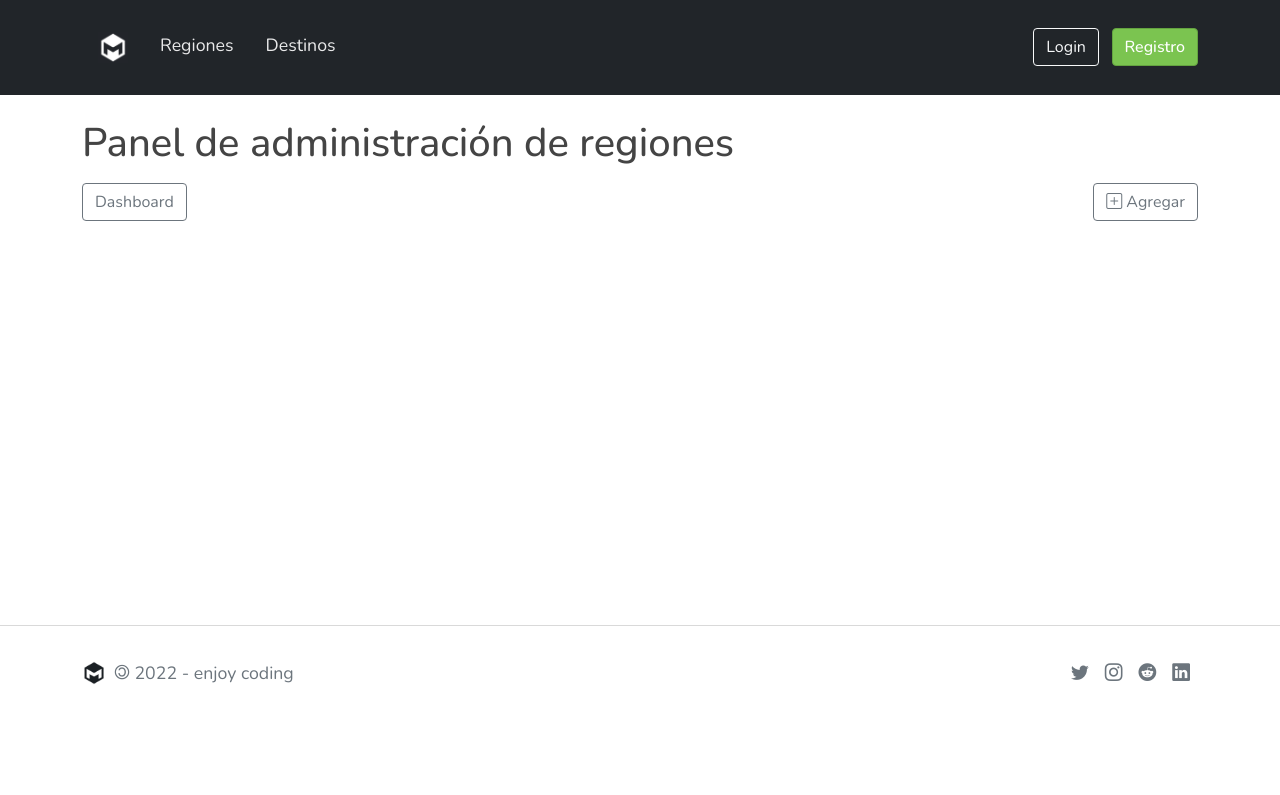
Repository: kevin-meza/cursoLaravel
Page: http://localhost/regiones
The author's editor kept a copy of each file at every save. The page is drawn from the files as they stood at one save, then again after the next save.
The browser window is 1280 px wide. The pictures show the whole page.
The page is served by the project's Laravel application, run on PHP 8.4 with Laravel 9. Other server files are loaded and not shown. Queries for data that is not in the repository find no rows.

Above is the page before, as saved 2022-07-04 10:19:23.

### routes/web.php
<?php

use Illuminate\Support\Facades\Route;

/*
|--------------------------------------------------------------------------
| Web Routes
|--------------------------------------------------------------------------
|
| Here is where you can register web routes for your application. These
| routes are loaded by the RouteServiceProvider within a group which
| contains the "web" middleware group. Now create something great!
|
*/

Route::get('/', function () {
    return view('welcome');
});

Route::get('/saludo', function () {
    return view('hola');
});

Route::get('/form', function () {
    return view('form');
});
Route::post('/procesa', function () {
    $nombre=request()->input('nombre');
$users=['Admin','Supervisor','Operador','Invitado'];
    return view('procesa',
            [
                'nombre'=>$nombre,
                'users'=>$users
            ]);
});
// Route::get('/param/{z}/{y}', function ($nombre ,$numero) {
//     return 'Nombre:'.$nombre.' N°=:'.$numero;
// });
//desde la plantilla nueva ruta

Route::get('/inicio', function () {
    return view('inicio');
});
###crud de regiones#####

Route::get('/regiones',function(){

$regiones = DB::select('SELECT idRegion,regNombre FROM regiones');

return view('regiones',
            [
                'regiones'=>$regiones,

            ]);
});
Route::get('/region/create', function () {
    return view('regionCreate');
});
Route::post('/region/store', function () {
    //permite validar mas facil
    $regNombre= request()->regNombre;
    DB::insert('INSERT INTO regiones (regNombre) VALUES (:regNombre)',[$regNombre]);


});

### resources/views/regiones.blade.php
@extends('layouts.plantilla')
@section('contenido')

    <h1>Panel de administración de regiones</h1>



    <div class="row my-3 d-flex justify-content-between">
        <div class="col">
            <a href="/admin" class="btn btn-outline-secondary">
                Dashboard
            </a>
        </div>
        <div class="col text-end">
            <a href="/region/create" class="btn btn-outline-secondary">
                <i class="bi bi-plus-square"></i>
                Agregar
            </a>
        </div>
    </div>


    <ul class="list-group">
@foreach ($regiones as $region)


        <li class="col-md-6 list-group-item list-group-item-action d-flex justify-content-between">
            <div class="col">
                <span class="fs-4"> {{$region->regNombre}}</span>
            </div>
            <div class="col text-end btn-group">
                <a href="/region/edit/id" class="btn btn-outline-secondary me-1">
                    <i class="bi bi-pencil-square"></i>
                    Modificar
                </a>
                <a href="/region/delete/id" class="btn btn-outline-secondary me-1">
                    <i class="bi bi-trash"></i>
                    &nbsp;Eliminar&nbsp;
                </a>
            </div>
        </li>
        @endforeach
    </ul>

@endsection

### resources/views/layouts/plantilla.blade.php
@include ('layouts.header')

@include('layouts.nav')
<main class="container py-4">

    @yield('contenido')
</main>


@include('layouts.footer')

### resources/views/layouts/header.blade.php
<!doctype html>
<html lang="en">
<head>
    <meta charset="UTF-8">
    <meta name="viewport"
          content="width=device-width, user-scalable=no, initial-scale=1.0, maximum-scale=1.0, minimum-scale=1.0">
    <title>PHP Travel</title>
    <link rel="stylesheet" href="https://cdn.jsdelivr.net/npm/bootstrap-icons@1.8.1/font/bootstrap-icons.css">
    <link href="https://cdn.jsdelivr.net/npm/bootstrap@5.1.3/dist/css/bootstrap.min.css" rel="stylesheet" integrity="sha384-1BmE4kWBq78iYhFldvKuhfTAU6auU8tT94WrHftjDbrCEXSU1oBoqyl2QvZ6jIW3" crossorigin="anonymous">
    <script src="https://cdn.jsdelivr.net/npm/sweetalert2@11"></script>
    <link rel="stylesheet" href="/css/app.css">
</head>
<body>

### resources/views/layouts/nav.blade.php
<!-- header/nav -->
<header class="p-4 bg-dark text-white">
    <div class="container">
        <div class="d-flex flex-wrap align-items-center justify-content-center justify-content-lg-start">

            <ul class="nav col-12 col-lg-auto me-lg-auto mb-2 justify-content-center mb-md-0">
                <li><a href="index.php" class="nav-link px-3">
                        <img src="/imagenes/m-iso.jpg" id="m-logo" alt="logo">
                    </a>
                </li>
                <li><a href="/regiones" class="nav-link px-3 text-white a-menu">Regiones</a></li>
                <li><a href="/destinos" class="nav-link px-3 text-white a-menu">Destinos</a></li>
            </ul>


            <div class="text-end">

                <button type="button" class="btn btn-outline-light me-2">Login</button>
                <button type="button" class="btn btn-warning">Registro</button>

                <!-- si está logueado -->
                <!-- si está logueado -->
                <!--
                <div class="dropdown">
                    <button class="btn btn-dark dropdown-toggle" type="button" id="dropdownMenuButton2" data-bs-toggle="dropdown" aria-expanded="false">
                        Nombre Apellido
                    </button>
                    <ul class="dropdown-menu dropdown-menu-dark" aria-labelledby="dropdownMenuButton2">
                        <li>
                            <a class="dropdown-item" href="logout.php">
                                <i class="bi bi-box-arrow-right"></i>
                                Salir de admin
                            </a>
                        </li>
                        <li><hr class="dropdown-divider"></li>
                        <li>
                            <a class="dropdown-item" href="#">
                                <i class="bi bi-file-person"></i>
                                Modificar perfil
                            </a>
                        </li>
                        <li>
                            <a class="dropdown-item" href="#">
                                <i class="bi bi-key"></i>
                                Modificar contraseña
                            </a>
                        </li>
                    </ul>
                </div>
                -->
                <!-- si está logueado -->

            </div>
        </div>
    </div>
</header>
<!-- header -->

### resources/views/layouts/footer.blade.php

    <footer>
        <div class="container d-flex flex-wrap justify-content-between align-items-center py-2 my-4">
            <div class="col-md-4 d-flex align-items-center">
                <img src="/imagenes/m-iso-2.jpg" alt="logo" id="m-iso-2">
                <span class="text-muted"><span id="copyleft">🄯</span> 2022 - enjoy coding</span>
            </div>

            <ul class="nav col-md-4 justify-content-end list-unstyled d-flex pe-2">
                <li class="ms-3"><a class="text-muted" href="#"><i class="bi bi-twitter"></i></a></li>
                <li class="ms-3"><a class="text-muted" href="#"><i class="bi bi-instagram"></i></a></li>
                <li class="ms-3"><a class="text-muted" href="#"><i class="bi bi-reddit"></i></a></li>
                <li class="ms-3"><a class="text-muted" href="#"><i class="bi bi-linkedin"></i></a></li>
            </ul>
        </div>
    </footer>
<!-- JavaScript Bundle with Popper -->
<script src="https://cdn.jsdelivr.net/npm/bootstrap@5.1.3/dist/js/bootstrap.bundle.min.js" integrity="sha384-ka7Sk0Gln4gmtz2MlQnikT1wXgYsOg+OMhuP+IlRH9sENBO0LRn5q+8nbTov4+1p" crossorigin="anonymous"></script>
</body>
</html>

### public/css/app.css
@import url('https://fonts.googleapis.com/css2?family=Nunito:wght@300;400;500&display=swap');

body{
    font-family: Nunito, sans-serif;
    font-weight: 300;
    font-size: 1.11em;
    color: #444444;
}
/* header - nav */
#m-logo{
    width: 30px;
}
.a-menu{
    transition: .3s;
    border-bottom: 1px solid #222529;
    opacity: .9;
}
.a-menu:hover{
    border-bottom: 2px solid #95D073;
    opacity: 1;
}

.btn-warning{
    background-color: #7BC450;
    border-color: #64a340;
    font-weight: 500;
    color: #fff;
}
.btn-warning:hover{
    background-color: #95D073;
    border-color: #64a340;
    color: #fff;
}

/* main */
main{
    min-height: 600px;
    margin-bottom: 100px;
}

    .producto{
        display: flex;
        flex-wrap: wrap;
        justify-content: center;
        padding: 10px;
        box-shadow: 0px 0px 10px #d9d9d9;
        border-radius: 10px;
    }
    .producto img{
        width: 100%;
        border-radius: 10px;
    }
    .producto h2{
        font-size: 20px;
        width: 100%;
        padding: 10px 0px 0px 2px;
    }
    .precio{
        position: relative;
        top: -100px;
        left: 80px;
        padding: 4px 20px;
        background-color: #7BC450;
        color: #fff;
        font-weight: 500;
        border-radius: 20px;
    }
    .precio2{
        padding: 4px 20px;
        background-color: #7BC450;
        color: #fff;
        font-weight: 500;
        border-radius: 20px;
    }
    .precio3{
        color: #6cad47;
        font-size: 1.12em;
        font-weight: 500;
    }

footer{
    position: fixed;
    bottom: 0px;
    width: 100%;
    background-color: #fff;
    border-top: 1px solid #d9d9d9;
}
    #m-iso-2{
        width: 24px;
        margin-right: 8px;
    }
    #copyleft{
        font-size: 20px;
        /* transform: rotate(180deg); */
    }

Loaded but not shown: app/Providers/AppServiceProvider.php (common file)

After the next save:
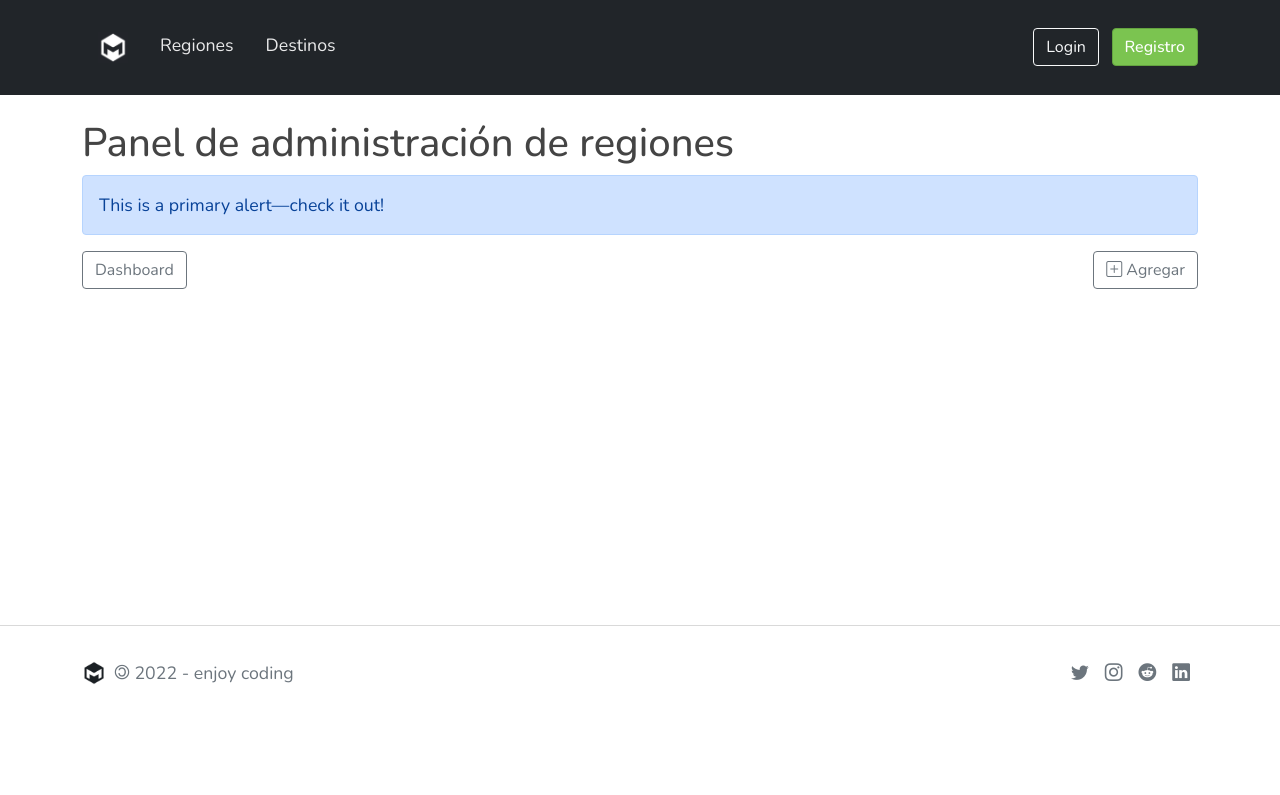
Saved 15 min 30 s later.
--- a/resources/views/regiones.blade.php
+++ b/resources/views/regiones.blade.php
@@ -4,7 +4,9 @@
     <h1>Panel de administración de regiones</h1>
 
 
-
+    <div class="alert alert-primary" role="alert">
+        This is a primary alert—check it out!
+      </div>
     <div class="row my-3 d-flex justify-content-between">
         <div class="col">
             <a href="/admin" class="btn btn-outline-secondary">

After the save that followed:
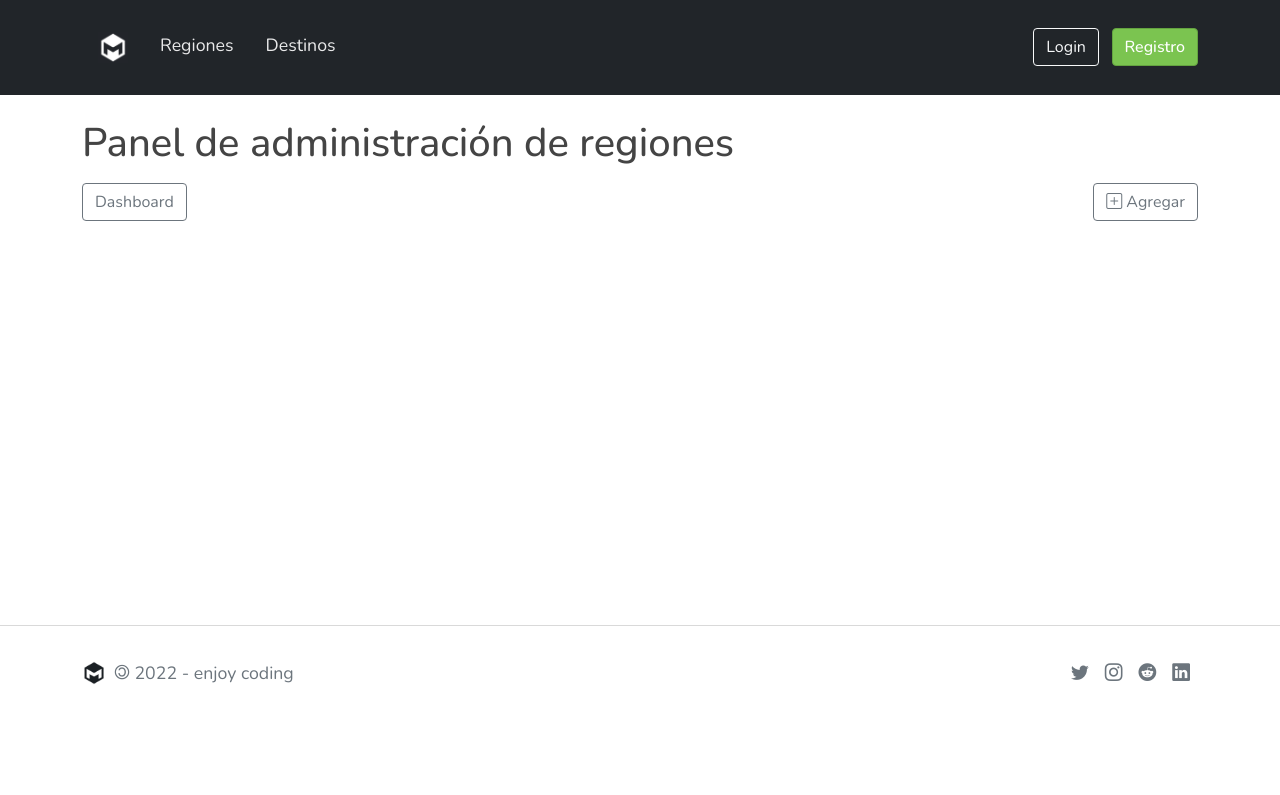
Saved 64 s later.
--- a/resources/views/regiones.blade.php
+++ b/resources/views/regiones.blade.php
@@ -4,9 +4,11 @@
     <h1>Panel de administración de regiones</h1>
 
 
+@if(session('mensaje'))
     <div class="alert alert-primary" role="alert">
         This is a primary alert—check it out!
       </div>
+ @endif
     <div class="row my-3 d-flex justify-content-between">
         <div class="col">
             <a href="/admin" class="btn btn-outline-secondary">
